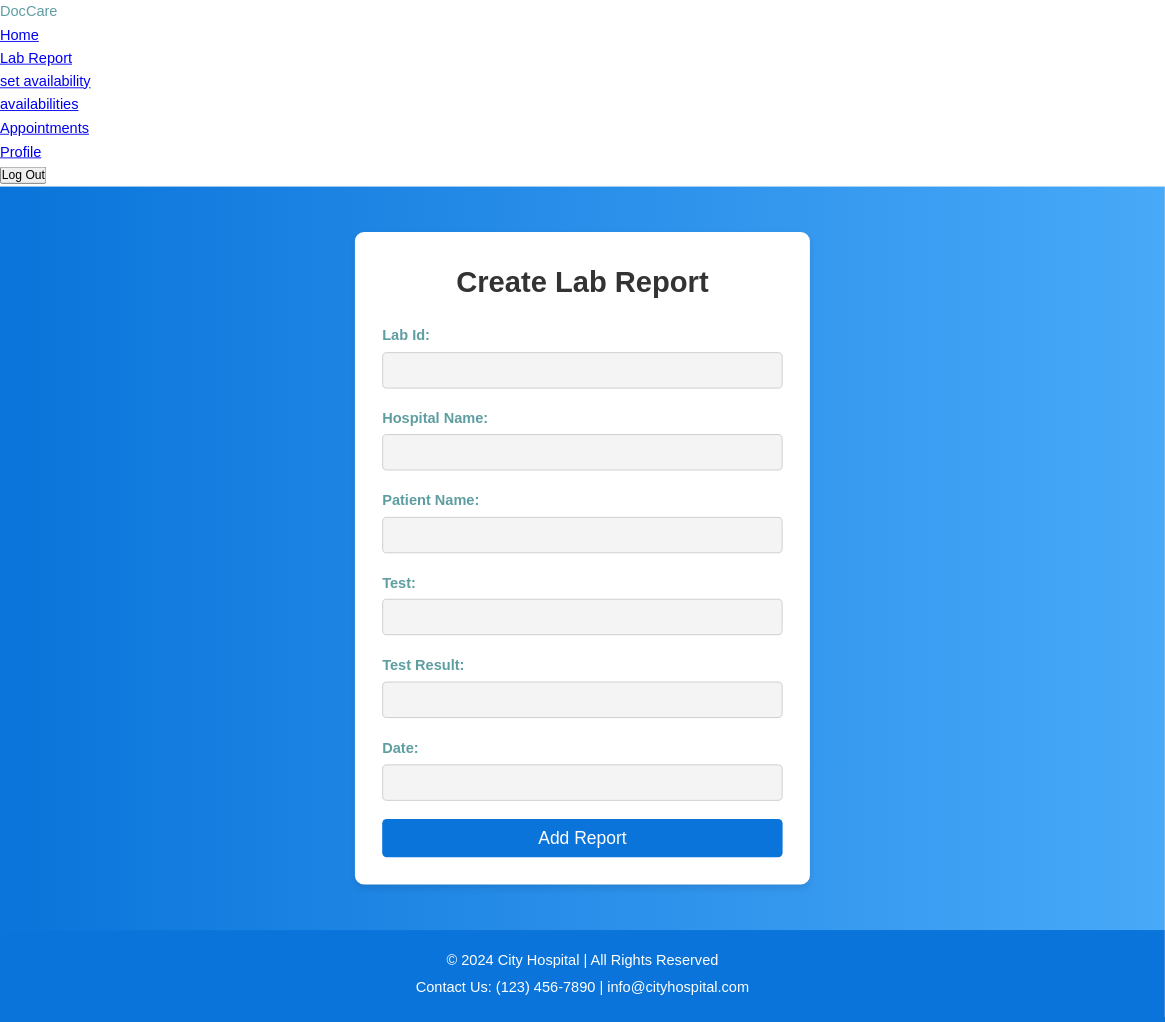
Repository: MonaliWatareka/echanneling
Page: http://localhost/PatientDemo/LabReportCreate.jsp
The author's editor kept a copy of each file at every save. The page is drawn from the files as they stood at one save, then again after the next save.
The browser window is 1280 px wide. The pictures show the whole page, at 91% of full size.
The page is served by Tomcat 10.

Above is the page before, as saved 2024-10-13 07:42:00.

After the next save:
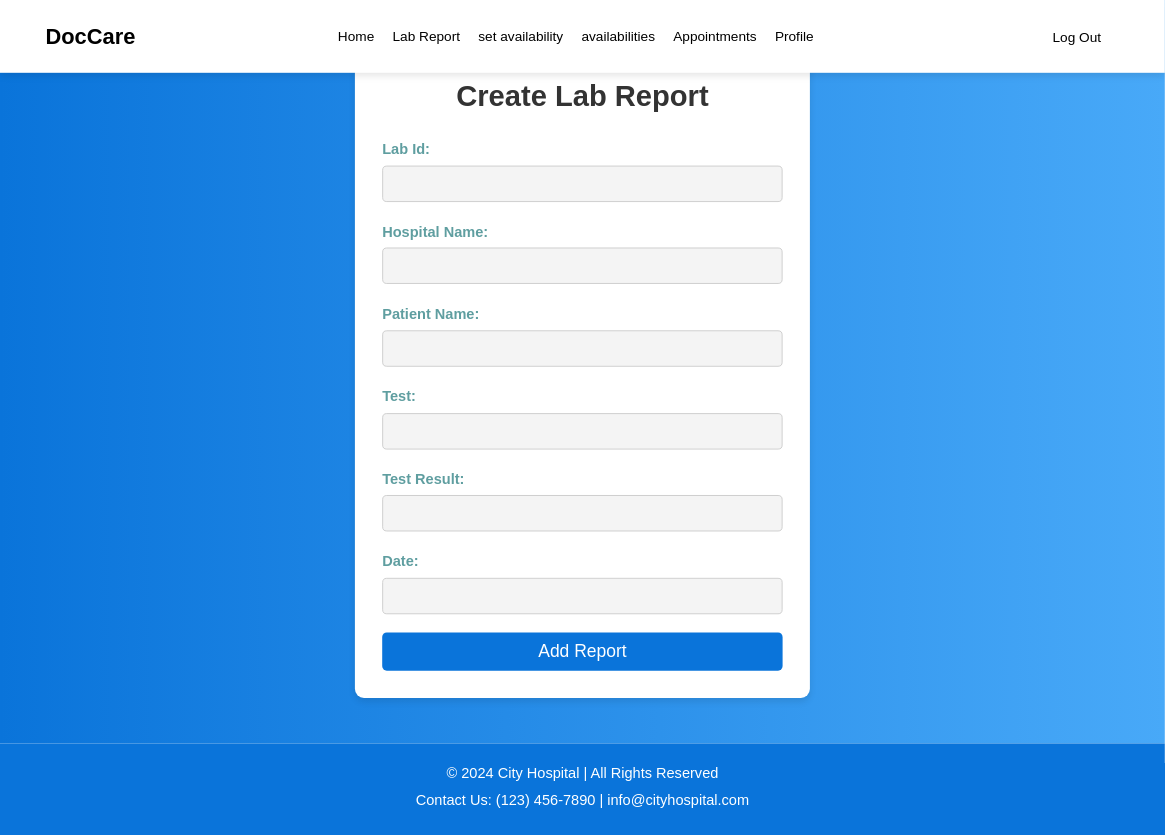
Saved 77 s later.
--- a/Project/PatientDemo/src/main/webapp/LabReportCreate.jsp
+++ b/Project/PatientDemo/src/main/webapp/LabReportCreate.jsp
@@ -7,6 +7,65 @@
 <title>Insert title here</title>
 <link rel="stylesheet" href="${pageContext.request.contextPath}/css/LabReportCreate.css">
 <link rel="stylesheet" href="${pageContext.request.contextPath}/css/Home.css">
+<style>
+  /* Navigation Bar */
+        .navbar {
+            width: 100%;
+            height: 80px;
+            background: rgb(255, 255, 255);
+            display: flex;
+            justify-content: space-between;
+            align-items: center;
+            padding: 0 50px;
+            position: fixed;
+            top: 0;
+            left: 0;
+            z-index: 100;
+            box-shadow: 0px 4px 8px rgba(0, 0, 0, 0.1);
+        }
+
+        .logo {
+            color: #000000;
+            font-size: 24px;
+            font-weight: bold;
+        }
+
+        .nav-links {
+            list-style: none;
+            display: flex;
+        }
+
+        .nav-links li {
+            margin-right: 20px;
+        }
+
+        .nav-links li a {
+            color: #000000;
+            text-decoration: none;
+            font-size: 15px;
+            transition: color 0.3s ease;
+        }
+
+        /* Hover effect for links */
+        .nav-links li a:hover {
+            color: cadetblue;
+        }
+
+        /* Log Out button */
+        .auth-buttons .btn {
+            background-color: transparent;
+            color: #000;
+            padding: 10px 20px;
+            border: none;
+            font-size: 15px;
+            cursor: pointer;
+        }
+
+        .auth-buttons .btn:hover {
+            color: cadetblue;
+        }
+
+</style>
 </head>
 <body>
     <header>
